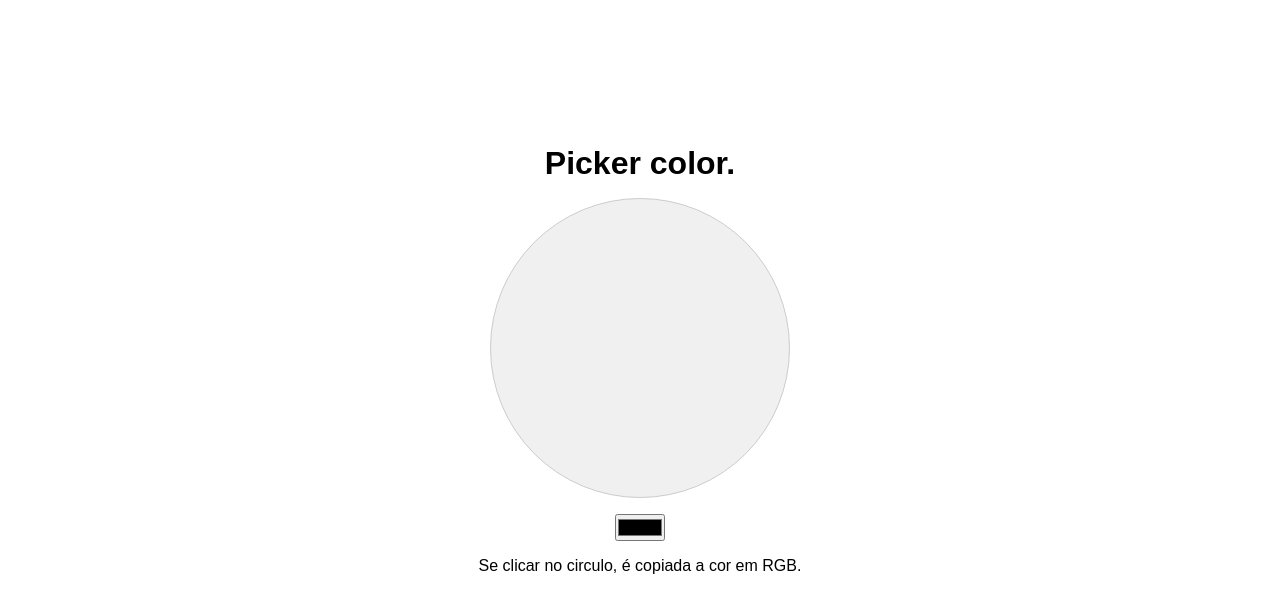
Repository: CarlosEduardoVdeOliveira/100_dias_de_codigo
Page: Dia 11/index.html
An editor plug-in stored every save of this project. The page is shown before and after the next save, followed by the edit.
The browser window is 1280 px wide. The pictures show the whole page.
Some web fonts or font styles are not loaded; a fallback is used.

Above is the page before, as saved 2024-09-13 14:23:59.

### Dia 11/index.html
<!DOCTYPE html>
<html lang="en">
<head>
  <meta charset="UTF-8">
  <meta name="viewport" content="width=device-width, initial-scale=1.0">
  <link rel="stylesheet" href="./style.css">
  <title>Manipulando Elemento</title>
</head>
<body>
  <main>
    <h1>Picker color.</h1>
    <div class="shape-color"></div>
    <input type="color" name="input-shape-color" id="input-shape-color">
    <span>Se clicar no circulo, é copiada a cor em RGB.</span>
  </main>
  <script src="./script.js"></script>
</body>
</html>

### Dia 11/style.css
@import url('https://fonts.googleapis.com/css2?family=Inria+Sans:ital,wght@0,300;0,400;0,700;1,300;1,400;1,700&display=swap');
*{
  margin: 0;
  padding: 0;
  box-sizing: border-box;
}
body{
  font-family: "Inria Sans", sans-serif;
  font-weight: 400;
}
main{
  display: flex;
  align-items: center;
  justify-content: center;
  gap: 16px;
  flex-direction: column;
  height: 100vh;
}
.shape-color{
  width: 300px;
  height: 300px;
  border: 1px solid #ccc;
  background-color: #f0f0f0;
  border-radius: 50%;

}

### Dia 11/script.js
const circle = document.querySelector(".shape-color");
const inputColor = document.querySelector("#input-shape-color");
const textInfo = document.querySelector("#text-info")

function changeShapeCircleColor(color) {
  circle.style.background = color;
};
function changeSpanColor(color) {
  textInfo.style.background = color;
};

inputColor.addEventListener("input", () => {
  const color = inputColor.value;
  changeShapeCircleColor(color);
  changeSpanColor(color);
});

circle.addEventListener("click", () => {
  const color = getComputedStyle(circle).backgroundColor;
  return navigator.clipboard.writeText(color)
});

After the next save:
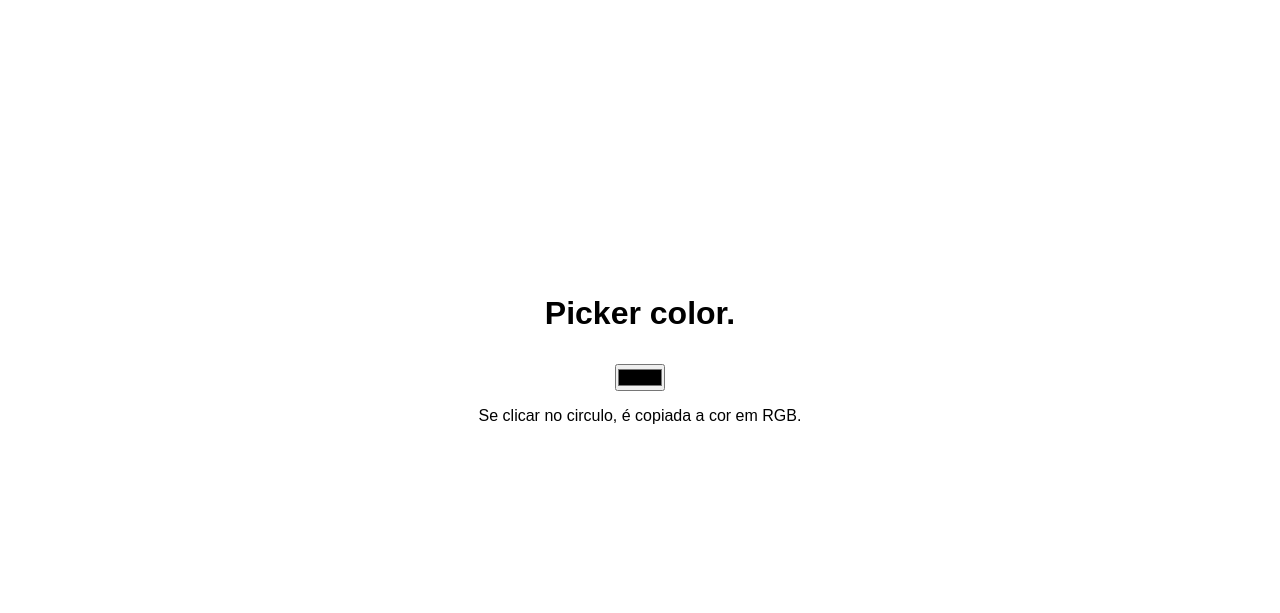
Console error: TypeError: Cannot read properties of null (reading 'addEventListener')
Saved 21 s later.
--- a/Dia 11/index.html
+++ b/Dia 11/index.html
@@ -9,7 +9,7 @@
 <body>
   <main>
     <h1>Picker color.</h1>
-    <div class="shape-color"></div>
+    <div class="shape-circle-color"></div>
     <input type="color" name="input-shape-color" id="input-shape-color">
     <span>Se clicar no circulo, é copiada a cor em RGB.</span>
   </main>

After the 3 saves that followed:
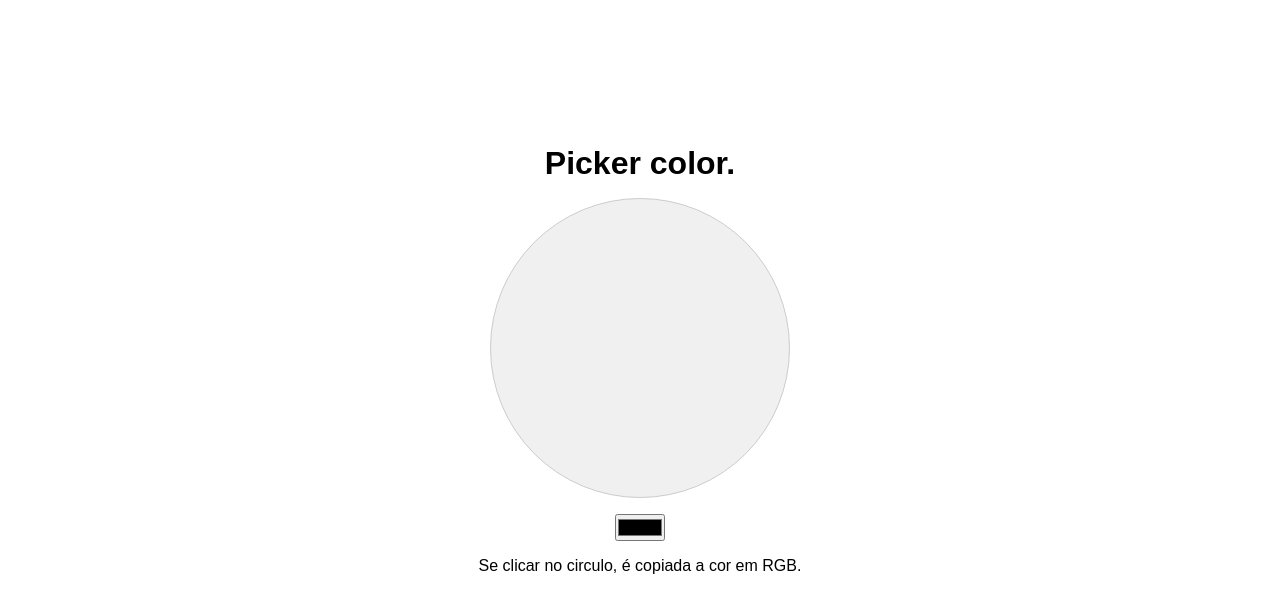
The 3 saves are shown as one change because 1 left the picture as it was and some came seconds apart.
The last was saved 31 s later.
--- a/Dia 11/index.html
+++ b/Dia 11/index.html
@@ -9,7 +9,7 @@
 <body>
   <main>
     <h1>Picker color.</h1>
-    <div class="shape-circle-color"></div>
+    <div class="circle"></div>
     <input type="color" name="input-shape-color" id="input-shape-color">
     <span>Se clicar no circulo, é copiada a cor em RGB.</span>
   </main>
--- a/Dia 11/style.css
+++ b/Dia 11/style.css
@@ -16,7 +16,7 @@ main{
   flex-direction: column;
   height: 100vh;
 }
-.shape-color{
+.circle{
   width: 300px;
   height: 300px;
   border: 1px solid #ccc;
